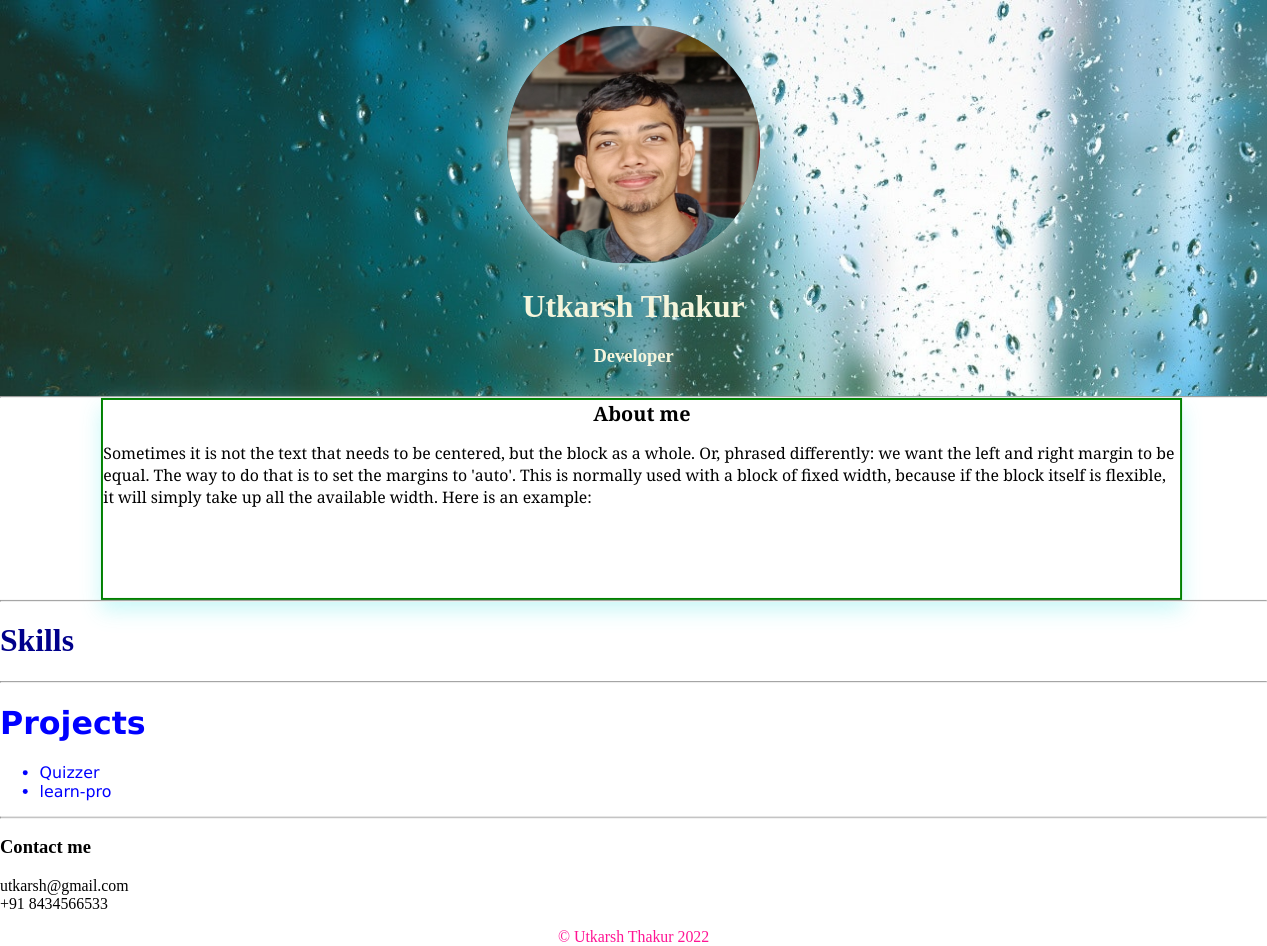
Repository: UtkarshThakur321/Utkarsh-Thakur-Profile
Page: index.html
These files come from the project's save history. The page is drawn as it stood at one moment and after the next save; the edit follows.
The browser window is 1280 px wide. The pictures show the whole page, at 99% of full size.

Above is the page before, as saved 2022-01-22 23:41:03.
Not found: main.js

### index.html
<!DOCTYPE html>
<html>
<head>
    <meta charset='utf-8'>
    <meta http-equiv='X-UA-Compatible' content='IE=edge'>
    <title>Page Title</title>
    <meta name='viewport' content='width=device-width, initial-scale=1'>
    <link rel='stylesheet' type='text/css' media='screen' href="index.css">
    <script src='main.js'></script>
</head>
<body>
    <div id="main">
    <!-- <div id="nav">
        <h1>My Resume</h1>
    </div> -->
    <center>
        <div id="intro">
            <div id="profileImage">
                 <img src="./Utkarsh_dp.jpg" alt="DP_Utkarsh__Thakur"
                 width="180" height="170">
            </div>
            <div id="profileName">
                <h1>Utkarsh Thakur</h1>
                <h3>Developer</h3>
            </div>

            <div>


             </div>
        </div>
    </center>

    <hr>

  <div id="aboutMe">
    <div id="aboutMeHeading">
        About me
    </div>
    <div id="aboutMeContent">
        <p>
            Sometimes it is not the text that needs to be centered, but the block as a whole. Or, phrased differently: we want the left and right margin to be equal. The way to do that is to set the margins to 'auto'. This is normally used with a block of fixed width, because if the block itself is flexible, it will simply take up all the available width. Here is an example:
        </p>
    </div>
  </div>


<hr>

    <div id="skills">
        <h1>Skills</h1>

    </div>

    <hr>
    <div id="projects">
        <h1>Projects</h1>
        <ul>
            <li>Quizzer</li>
            <li>learn-pro</li>
        </ul>
    </div>
    <hr>

    <div id="footer">
        <h3>Contact me</h3>
        <p>
            utkarsh@gmail.com<br>
            +91 8434566533

        </p>
            <div id="copyright">
         &copy; Utkarsh Thakur 2022
            </div>
        </div>
    </div>



</body>
</html>

### index.css
body{
    width:100%;
    margin:0px;


}


#intro{
    background-image:url("./bg.jpg");
    height: 400px;
}


#profileImage>img{
    margin-top: 2%;
    height:240px;
    width:20%;
    border-radius: 130px;
    box-shadow: 0px 0px 40px rgb(235, 253, 253);
}
#profileName{
    color:beige;
    font-family: cursive;
}

#aboutMe{
    width:85%;
    height:200px;
    border:2px solid green;
    margin-left:8%;
    box-shadow: 0px 10px 20px rgba(195, 247, 247, 0.911);
}


#aboutMeHeading{
    text-align:center;
    font-family: Georgia, 'Times New Roman', Times, serif;
    font-size:20px;
    font-weight: bold;
}
#aboutMeContent{

    font-family: Georgia, 'Times New Roman', Times, serif;
    font-size:16px;

}





hr{
    margin:0px;
}

#nav{
    height:50px;
    display:content;
    text-align: center;
    font-weight: 900;
    color:black;}
    /* text-align: center;
    font-family: Verdana, Geneva, Tahoma, sans-serif;
} */

#skills{
    color:darkblue;
    font-weight: 400;

}

.img{
    height:10px;
    width:10%;
}
#projects{
    font-family: Verdana, Geneva, Tahoma, sans-serif;
    color:blue;
}


/* #footer{
    text-align: center;
} */
#copyright{
    text-align: center;
    color:deeppink
}

After the next save:
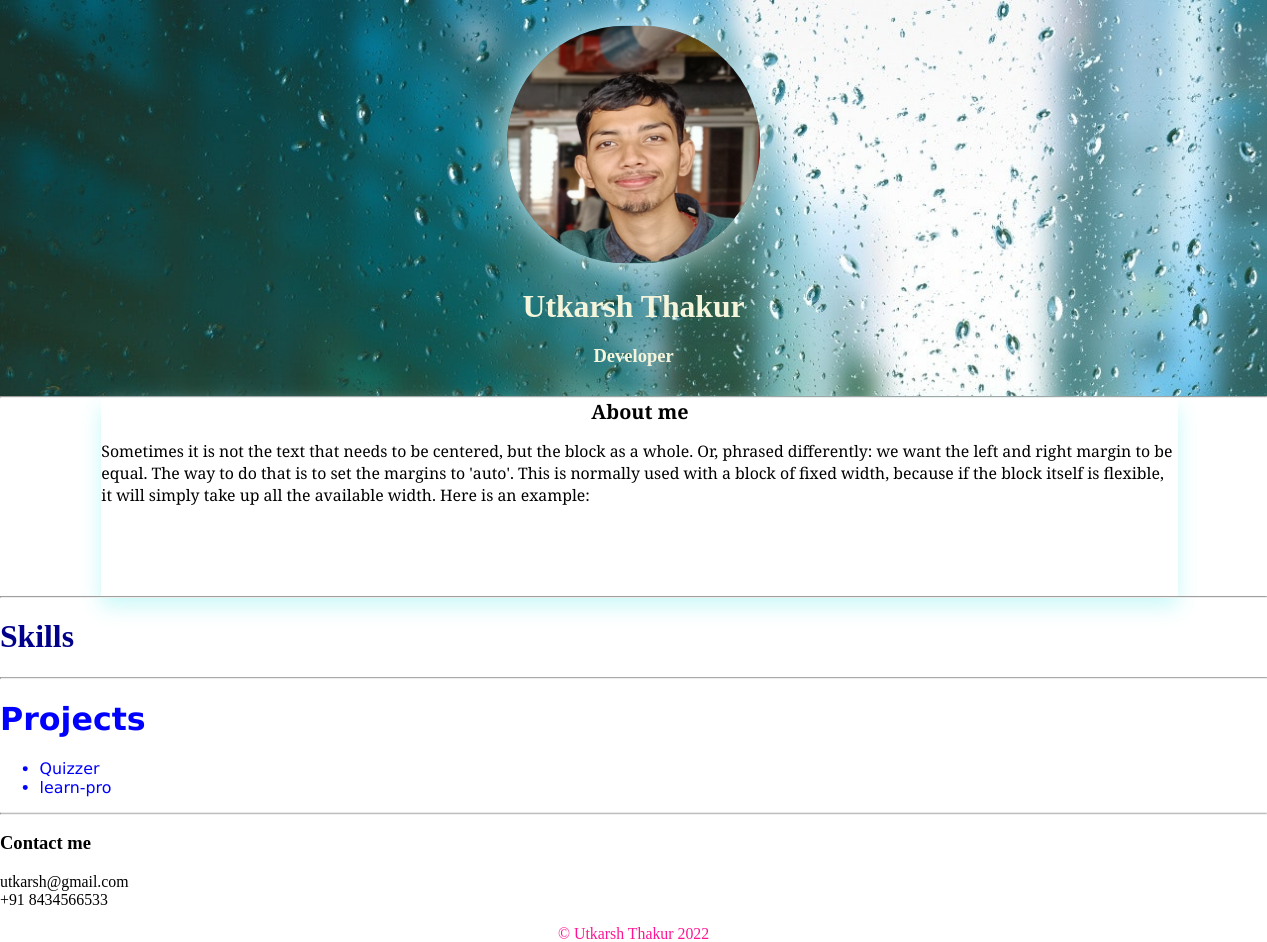
Saved 14 s later.
--- a/index.css
+++ b/index.css
@@ -27,7 +27,7 @@ body{
 #aboutMe{
     width:85%;
     height:200px;
-    border:2px solid green;
+    /* border:2px solid green; */
     margin-left:8%;
     box-shadow: 0px 10px 20px rgba(195, 247, 247, 0.911);
 }
